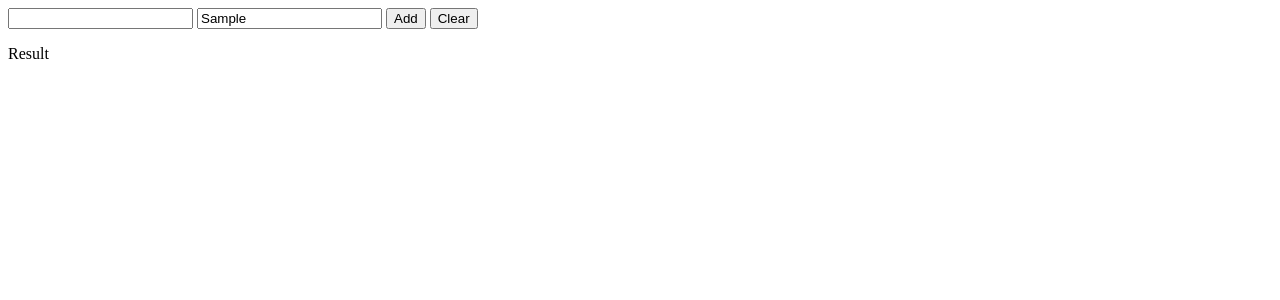
Repository: Haakim19/JavaScript
Page: index.html
The author's editor kept a copy of each file at every save. The page is drawn from the files as they stood at one save, then again after the next save.
The browser window is 1280 px wide. The pictures show the whole page.
Empty fields were first filled with sample values (such as "Sample", 5 or name@example.com).
After loading, the first visible `button[onclick="clearBox()"]` was clicked once.

Above is the page before, as saved 2024-10-13 20:20:24.

### index.html
<!DOCTYPE html>
<html lang="en">
<head>
    <meta charset="UTF-8">
    <meta name="viewport" content="width=device-width, initial-scale=1.0">
    <title>Dom Manipulation</title>
</head>
<body>
    <!-- <p id="one">hello</p>
    <h1 id = "title">Dom Manipulation</h1> -->
    <input id = "num1" >
    <input  id = "num2" >
    <button onclick="add()">Add</button>
    <button onclick="clearBox()">Clear</button>
    <p id="result">Result</p>
    <script>
        // Select the P tag with the id.
        // print content inside the p tag using innerHTML
        // paragraph = document.getElementById('one')
        // paragraph.textContent = 'Zoro'
        // console.log(paragraph.textContent);

        // Select the h1 tag with the id.
        // print content inside the h1 tag
        // heading = document.getElementById('title')
        // heading.textContent = 'Hello'
        // console.log(heading.textContent);

        //select the input tag with the id
        var box1 = document.getElementById('num1')
        var box2 = document.getElementById('num2')
        var result = document.getElementById('result')


        function add(){
            var box1Value = Number(box1.value)
            var box2Value = Number(box2.value)
            result.textContent = box1Value + box2Value
        }
        function clearBox(){
            // box1Value = box1.clear()
            // box2Value = box2.clear()
            // result.textContent = 'Result'
            box1.value = ''
            console.log("CAlled clear")
        }

    </script>
</body>
</html>

After the next save:
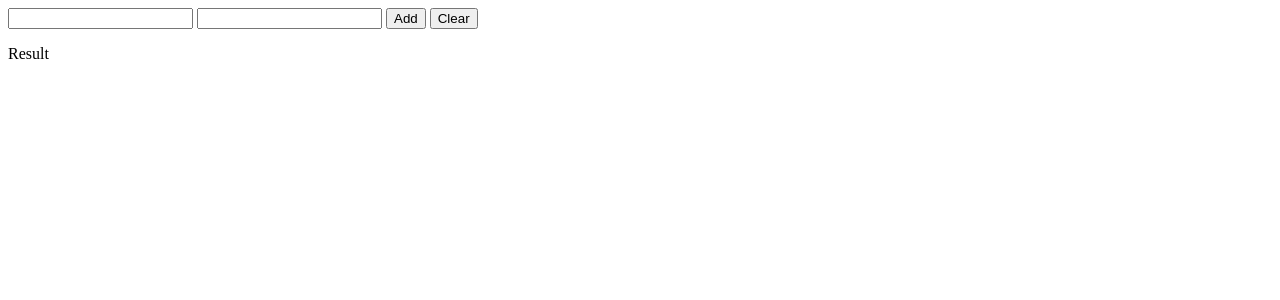
Saved 28 s later.
--- a/index.html
+++ b/index.html
@@ -42,6 +42,8 @@
             // box2Value = box2.clear()
             // result.textContent = 'Result'
             box1.value = ''
+            box2.value = ''
+            result.value = ''
             console.log("CAlled clear")
         }
 
